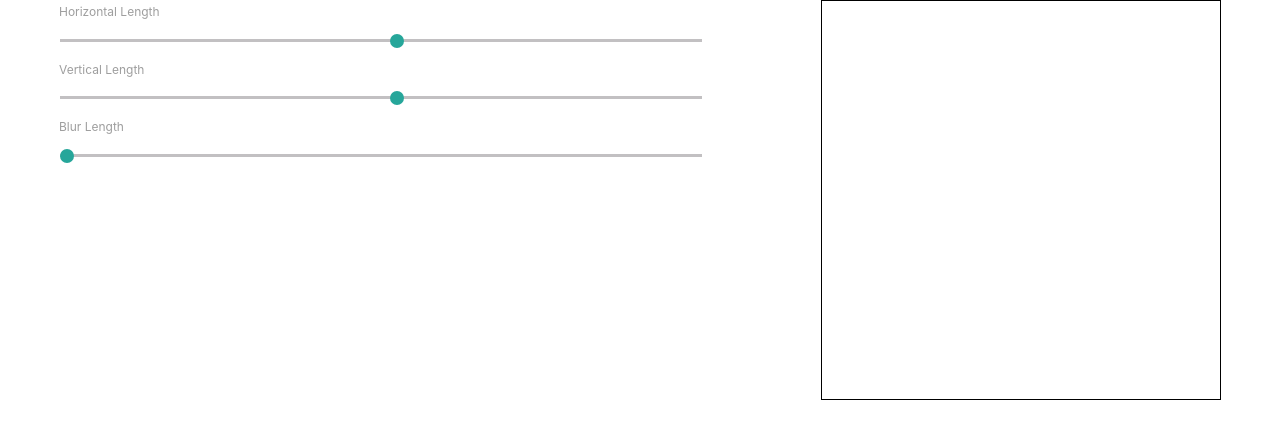
Repository: imrvj/Box-Shadow
Page: /
The author's editor kept a copy of each file at every save. The page is drawn from the files as they stood at one save, then again after the next save.
The browser window is 1280 px wide. The pictures show the whole page.
The project was rebuilt for these pictures with package versions that can differ from the ones it lists, and the page was loaded fresh each time.

Above is the page before, as saved 2020-02-19 23:20:27.

After the next save:
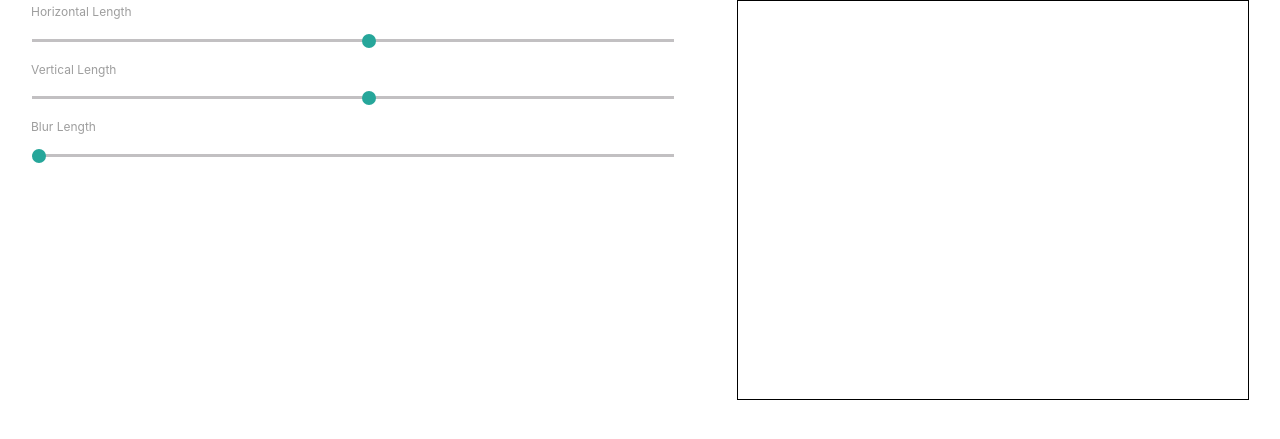
Saved 26 s later.
--- a/src/App.css
+++ b/src/App.css
@@ -6,7 +6,7 @@
 
 .Box
 {
-    width: 400px;
+    width: 40vw;
     height: 400px;
     border: solid 1px black;
 }
